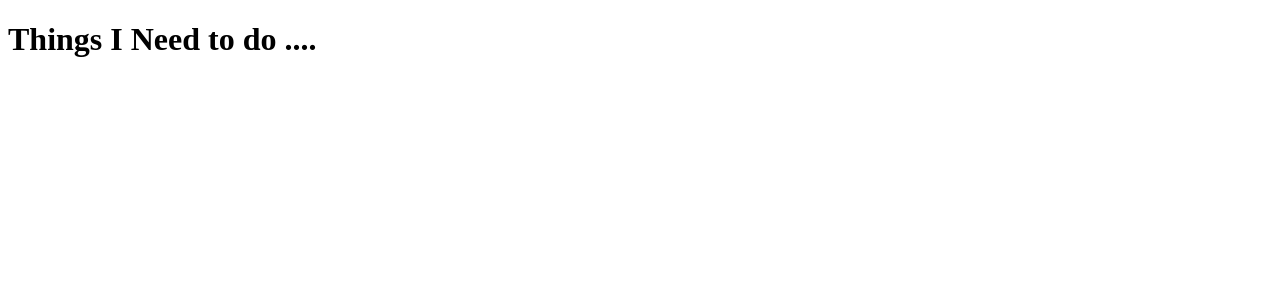
Repository: Robertpokane/roberts-todo-for-ci
Page: http://localhost/
The author's editor kept a record of every edit. The page is drawn from the files as they stood at one moment, then again after the next edit.
The browser window is 1280 px wide. The pictures show the whole page.
The page is served by the project's application, run on Django 2.2 (manage.py). Queries for data that is not in the repository find no rows.

Above is the page before.

After the next edit:
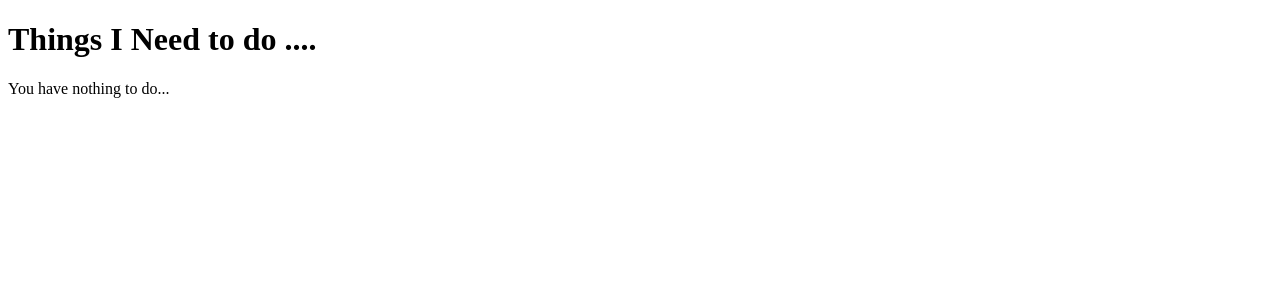
The edit:
--- a/todo/templates/todo_list.html
+++ b/todo/templates/todo_list.html
@@ -18,6 +18,8 @@
             <td>{{ item.name }}</td>
             {% endif %}
         </tr>
+        {% empty %}
+        <p>You have nothing to do...</p>
         {% endfor %}
 
 
